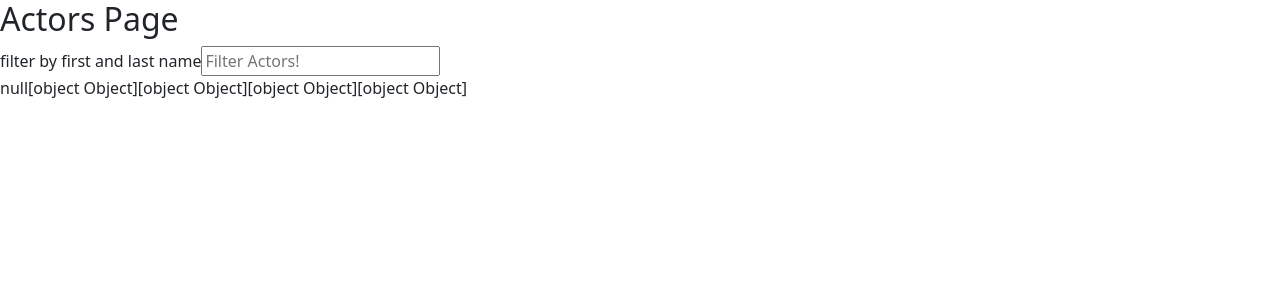
Repository: shuroo/FECourse-react-movieapp
Page: /
An editor plug-in stored every save of this project. The page is shown before and after the next save, followed by the edit.
The browser window is 1280 px wide. The pictures show the whole page.
The project was rebuilt for these pictures with package versions that can differ from the ones it lists, and the page was loaded fresh each time. Also part of the build but not shown: src/App.css, src/components/CardComponent.css, src/components/CardComponent.jsx.

Above is the page before, as saved 2021-07-24 06:54:41.

After the next save:
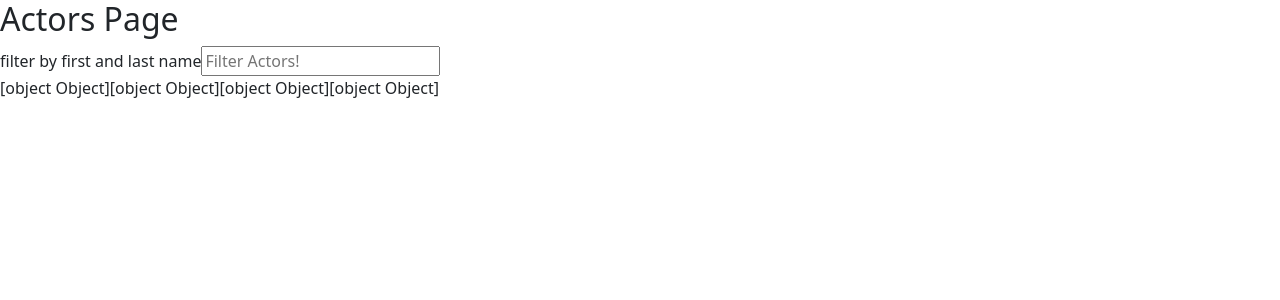
Saved 22 s later.
--- a/src/pages/ActorsPage.jsx
+++ b/src/pages/ActorsPage.jsx
@@ -29,7 +29,7 @@ function ActorsPage() {
     function sortBy(e){
         const criteria = e.target.value;
     }
-    let actorsHtml = null;
+    let actorsHtml = "";
     for(var actor of actors){
         actorsHtml+=<div>CC:<CardComponent actor={actor}/></div>
     }
